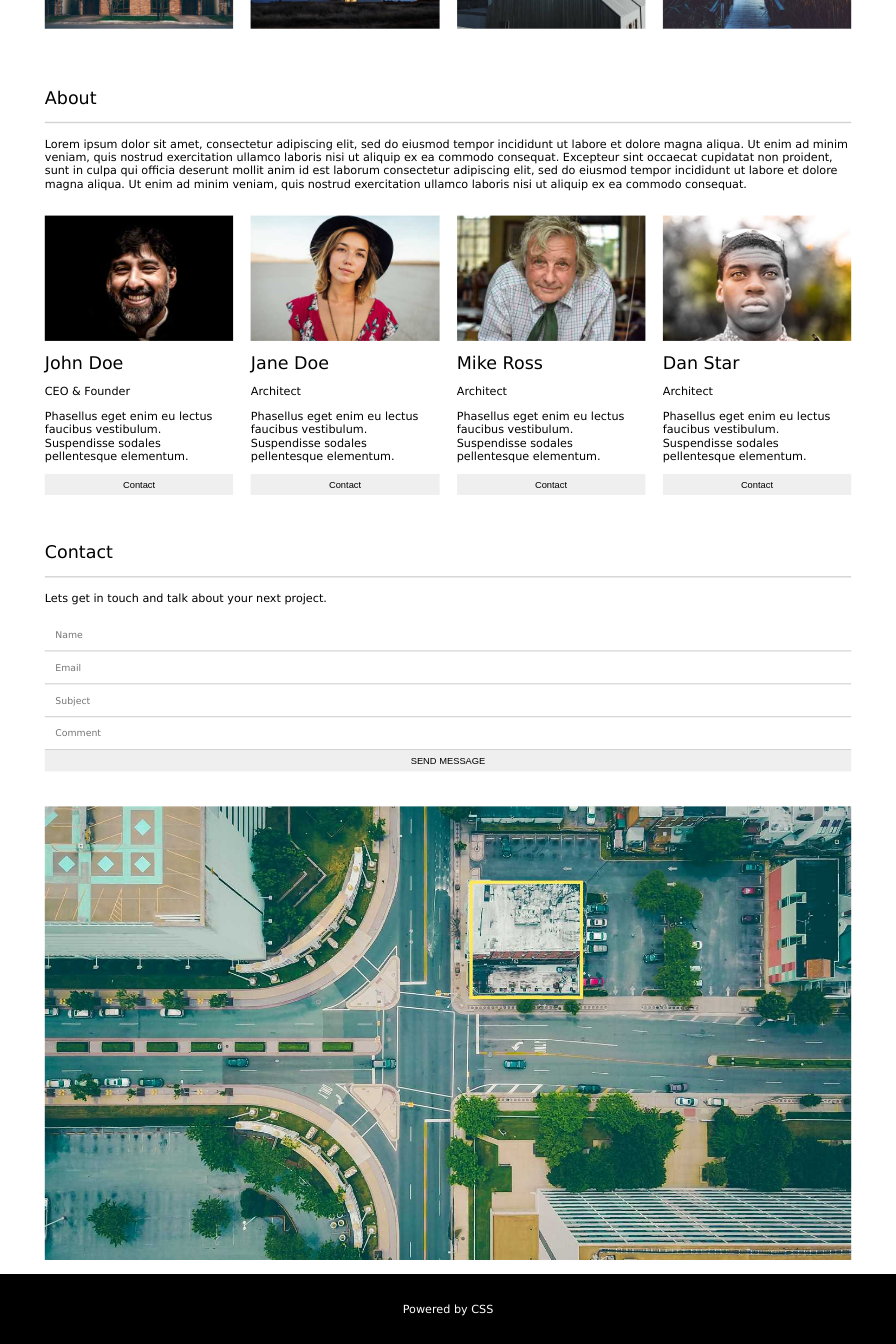
Repository: hesshess/clonecoding-assignment
Page: 2-ba-architects/template2.html
The author's editor kept a copy of each file at every save. The page is drawn from the files as they stood at one save, then again after the next save.
The browser window is 1280 px wide. The pictures show the part of the page from y = 1130 to 3050 px (the page is 3050 px tall before and 3039 px after), at 70% of full size.

Above is the page before, as saved 2022-03-15 20:52:47.

After the next save:
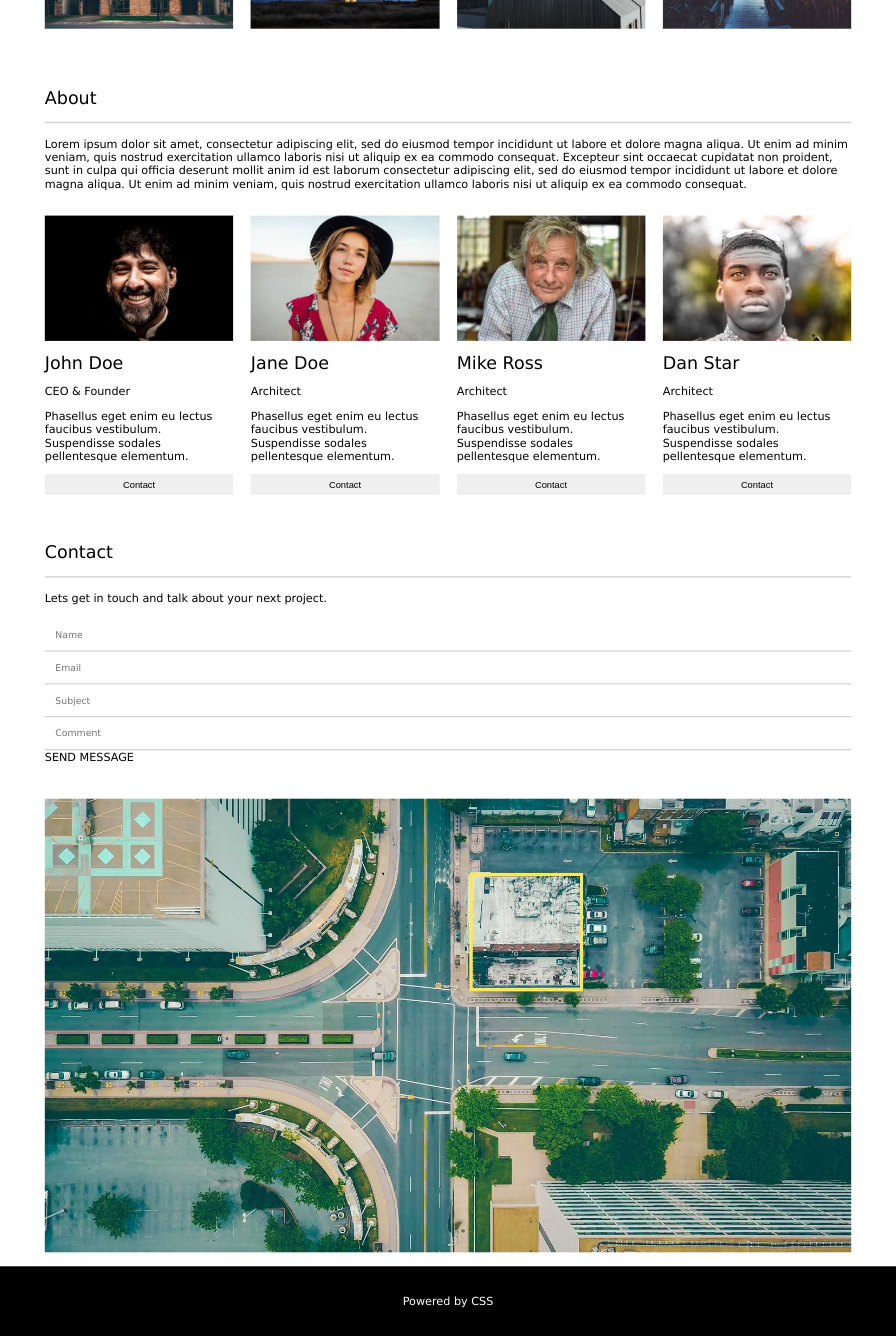
Saved 2 s later.
--- a/2-ba-architects/template2.html
+++ b/2-ba-architects/template2.html
@@ -139,7 +139,7 @@
           <input type="text" placeholder="Email" required name="Email" />
           <input type="text" placeholder="Subject" required name="Subject" />
           <input type="text" placeholder="Comment" required name="Comment" />
-          <button class="massage" type="submit"><i></i> SEND MESSAGE</button>
+          <div class="massage" type="submit"><i></i> SEND MESSAGE</div>
         </form>
       </section>
       <section id="map">
